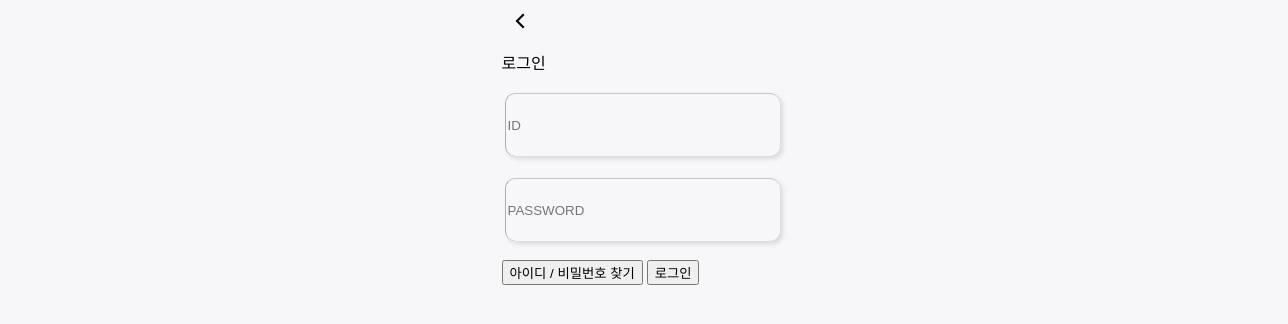
Repository: PEPI-dev/UI
Page: login/login.html
The author's editor kept a copy of each file at every save. The page is drawn from the files as they stood at one save, then again after a run of saves.
The browser window is 1280 px wide. The page is 1288 px wide, so the pictures cover 1288 px, including what lies to the right of the window. The pictures show the whole page.

Above is the page before, as saved 2023-12-04 15:20:39.

### login/login.html
<!DOCTYPE html>
<html lang="en">
<head>
    <meta charset="UTF-8">
    <meta name="viewport" content="width=device-width, initial-scale=1.0">
    <title>Login</title>
    <link rel="stylesheet" href="./login.css">
</head>
<body>

    </div>
    <form action="#">
        <button id="back"><img src="../a_icon/back.png"></img></button><p id="txt_login">로그인</p>
        <p class="input_form"><input class="field" id="ID" placeholder="ID"></input></p>
        <p class="input_form"><input class="field" id="password" type="password" placeholder="PASSWORD"></input></p>
        <button class="text_btn">아이디 / 비밀번호 찾기</button>
        <button id="login_btn">로그인</button>
    </form>

</body>
</html>

### login/login.css
@font-face {
    font-family: 'main_font';
    src: url(../a_font/SOYO_maple_font/soyo_ttf/SOYO\ Maple\ Regular.ttf);
    font-weight: 500;
}

@font-face {
    font-family: 'sub_font';
    src: url(../a_font/NPSfont_regular.ttf);
}

body{
    width: 100%;
    background-color: #F7F7F9;
    display: flex;
    flex-direction: column;
    align-items: center;
}

#logo{
    font-family: 'main_font';
}

#login-header {
    display: flex;
    align-items: center;
}

#back {
    border: none;
    background: none;
    cursor: pointer;
    display: flex;
    align-items: center;
    margin-right: 20px;
}

#back img {
    width: 24px;
    height: 24px;
    margin-right: 5px;
}

.input_form {
    padding: 3px;
    margin-top: 2px;
    margin-right: 12px;
}

.field {
    width: 270px;
    height: 60px;
    border-radius: 10px;
    box-shadow: 3px 3px 5px rgba(0, 0, 0, 0.12);
    background-color: #F7F7F9;
    border-width: 0;
    outline: none;
    border: none;
    border-top: 0.5px solid rgba(0, 0, 0, 0.2);
    border-left: 0.5px solid rgba(0, 0, 0, 0.3);
}

@media screen and (max-width: 360px) {
    body {
        height: auto;
    }
}

After the next 3 saves:
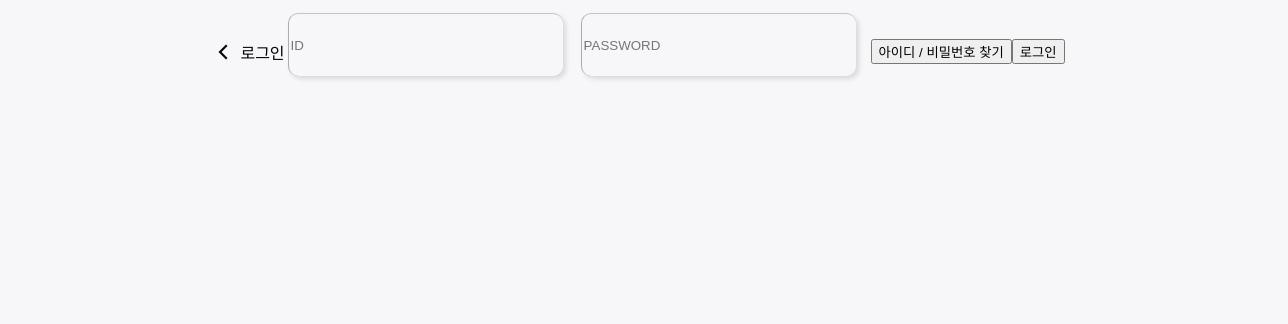
The 3 saves are shown as one change because they came seconds apart.
The last was saved 8 min 59 s later.
--- a/login/login.html
+++ b/login/login.html
@@ -10,6 +10,7 @@
 
     </div>
     <form action="#">
+        <div id="back"
         <button id="back"><img src="../a_icon/back.png"></img></button><p id="txt_login">로그인</p>
         <p class="input_form"><input class="field" id="ID" placeholder="ID"></input></p>
         <p class="input_form"><input class="field" id="password" type="password" placeholder="PASSWORD"></input></p>

After the save that followed:
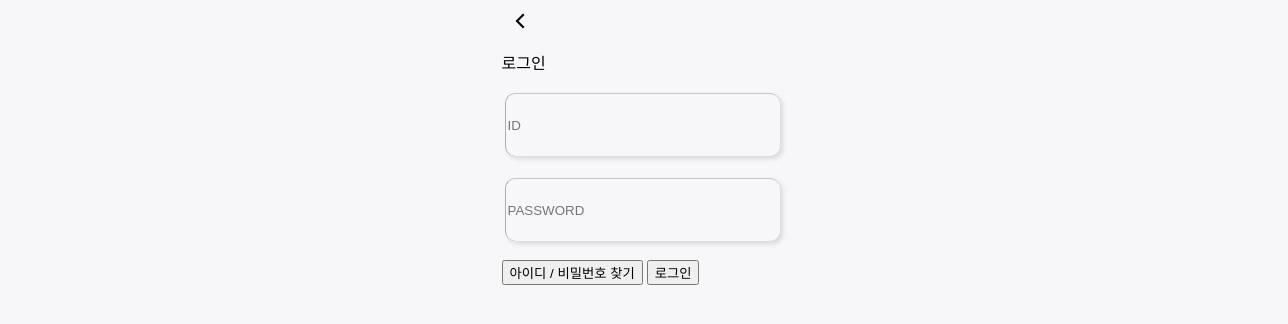
Saved 5 s later.
--- a/login/login.html
+++ b/login/login.html
@@ -10,7 +10,7 @@
 
     </div>
     <form action="#">
-        <div id="back"
+        <div id="div_back"></div>
         <button id="back"><img src="../a_icon/back.png"></img></button><p id="txt_login">로그인</p>
         <p class="input_form"><input class="field" id="ID" placeholder="ID"></input></p>
         <p class="input_form"><input class="field" id="password" type="password" placeholder="PASSWORD"></input></p>
